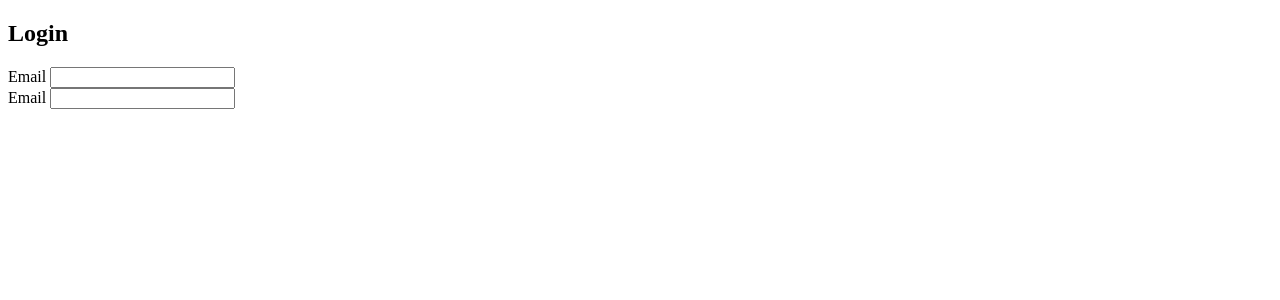
Repository: NarendarPaindla/csAlpha
Page: http://localhost/employeeLeaveMangement/login.jsp
An editor plug-in stored every save of this project. The page is shown before and after the next save, followed by the edit.
The browser window is 1280 px wide. The pictures show the whole page.
The page is served by Tomcat 10.

Above is the page before, as saved 2025-02-03 04:23:44.

After the next save:
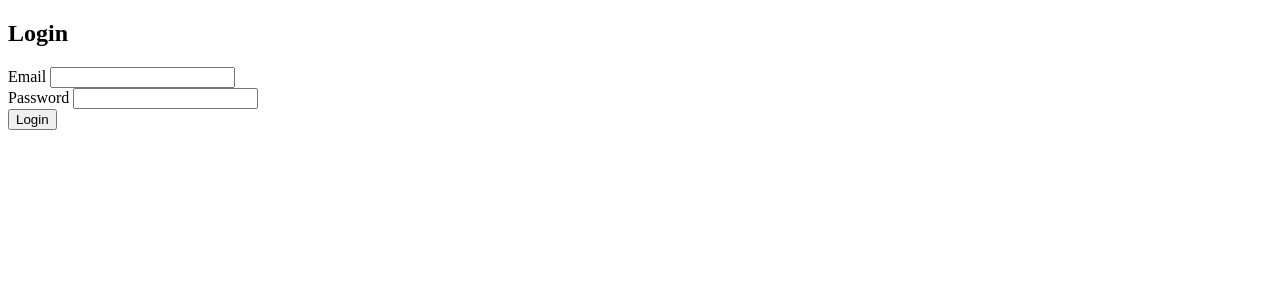
Saved 118 s later.
--- a/employeeLeaveMangement/src/main/webapp/login.jsp
+++ b/employeeLeaveMangement/src/main/webapp/login.jsp
@@ -9,15 +9,16 @@
 <body>
 <div class="container">
 <h2>Login</h2>
-<form>
+<form action="login" method="post">
 <div>
 <label class="form-label">Email</label>
 <input type="email" name="email" class="form-control" required>
 </div>
 <div>
-<label class="form-label">Email</label>
+<label class="form-label">Password</label>
 <input type="password" name="password" class="form-control" required>
 </div>
+<button type="submit" class="btn">Login</button>
 </form>
 </div>
 </body>
